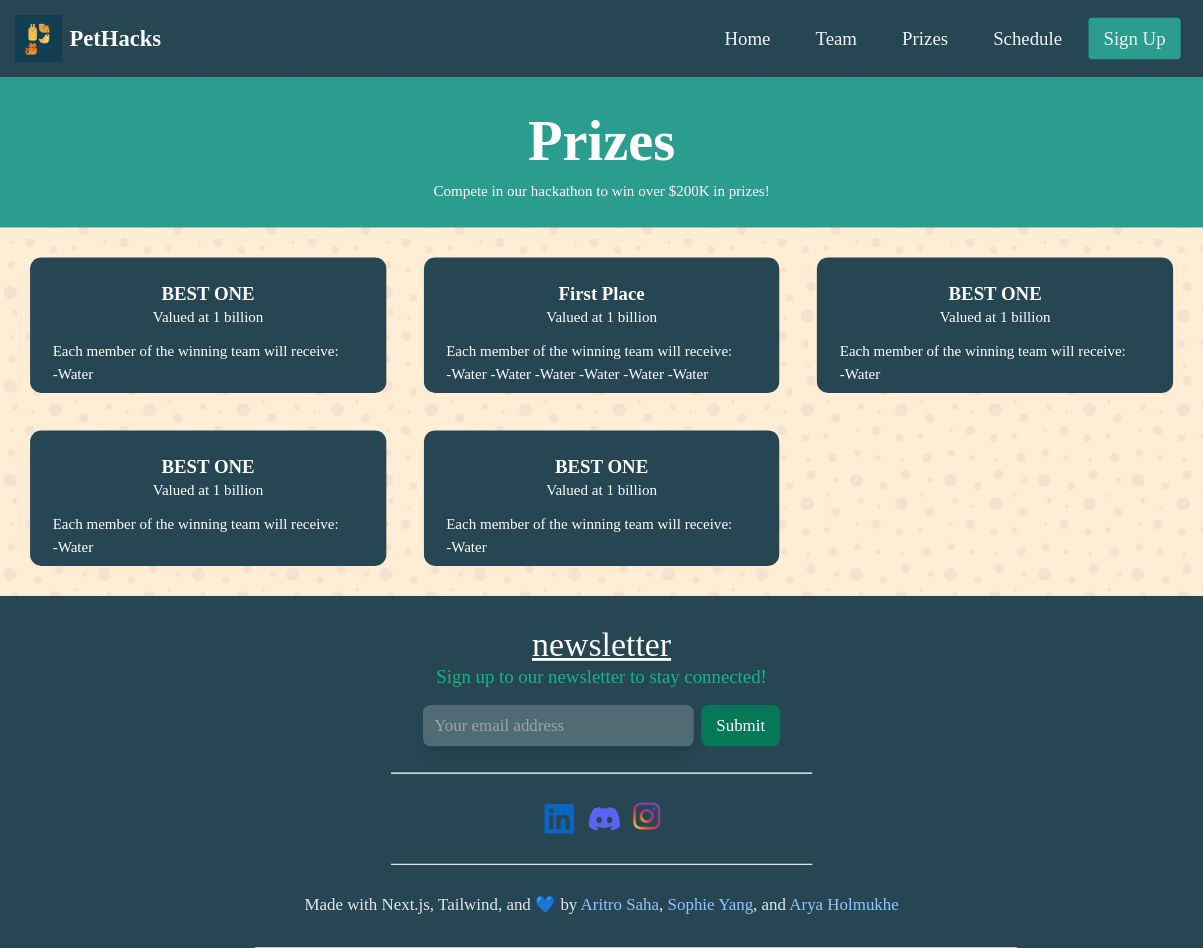
Repository: AritroSaha10/pethacks-website
Page: /prizes
These files come from the project's save history. The page is drawn as it stood at one moment and after the next save; the edit follows.
The browser window is 1280 px wide. The pictures show the whole page, at 94% of full size.
Some web fonts or font styles are not loaded; a fallback is used. The project was rebuilt for these pictures with package versions that can differ from the ones it lists, and the page was loaded fresh each time. The framework's server and built-in components were replaced by stand-ins that run in the browser. Also part of the build but not shown: next.config.js.

Above is the page before, as saved 2022-09-10 09:56:41.

After the next save:
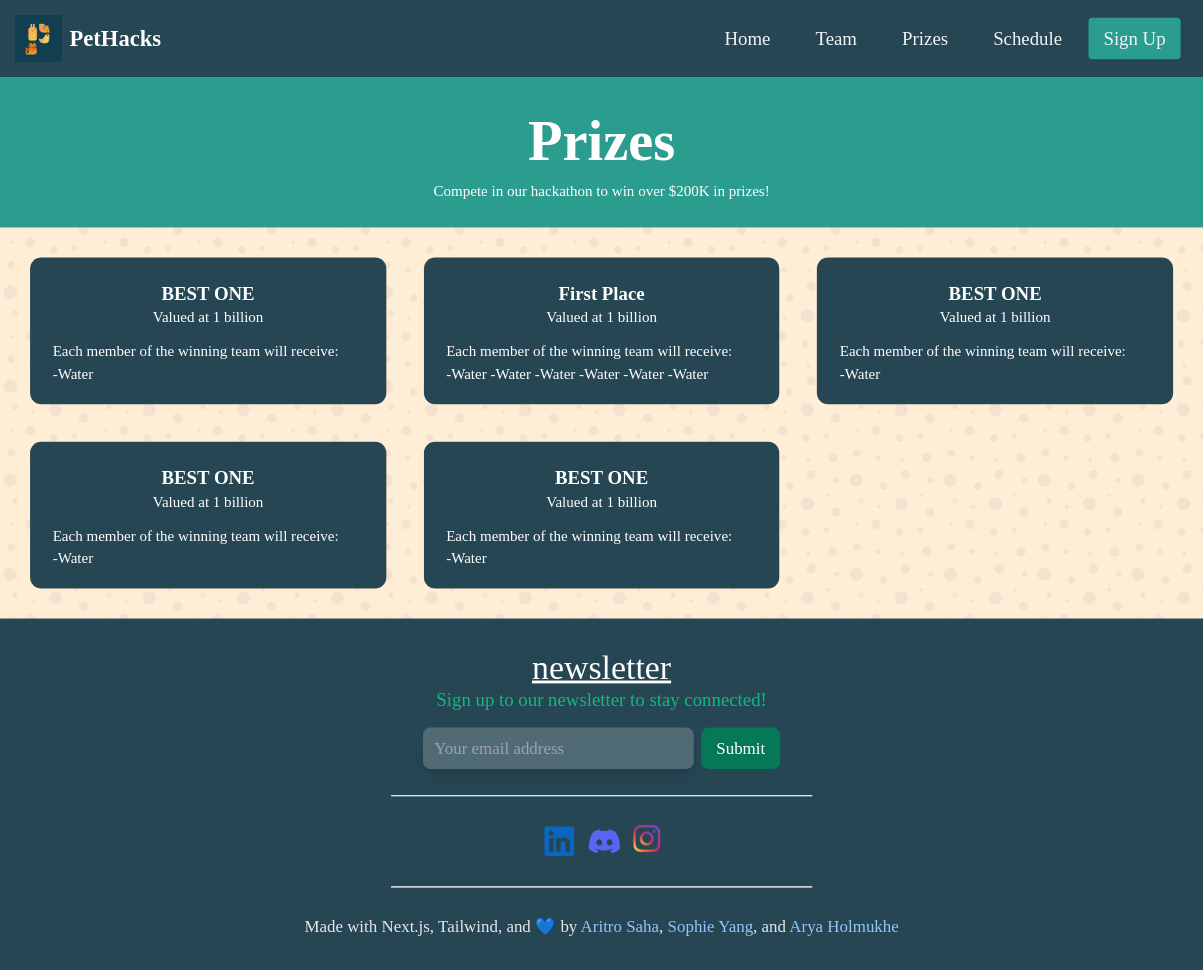
Saved 9 s later.
--- a/components/Prizes/Card.tsx
+++ b/components/Prizes/Card.tsx
@@ -4,7 +4,7 @@ import React from 'react';
 export default function Card ({title, valuation, info}: {title: string, valuation: string, info: string}) {
 
     return (
-        <div className="col-span-1 min-h-min p-6 m-5 pb-2 bg-pet-teal rounded-xl  text-white" >
+        <div className="col-span-1 min-h-min p-6 m-5 pb-5 bg-pet-teal rounded-xl  text-white" >
             <div className="text-center">
                 <h1 className="text-xl font-bold">{title}</h1>
                 <p className="pb-3">Valued at {valuation}</p>
